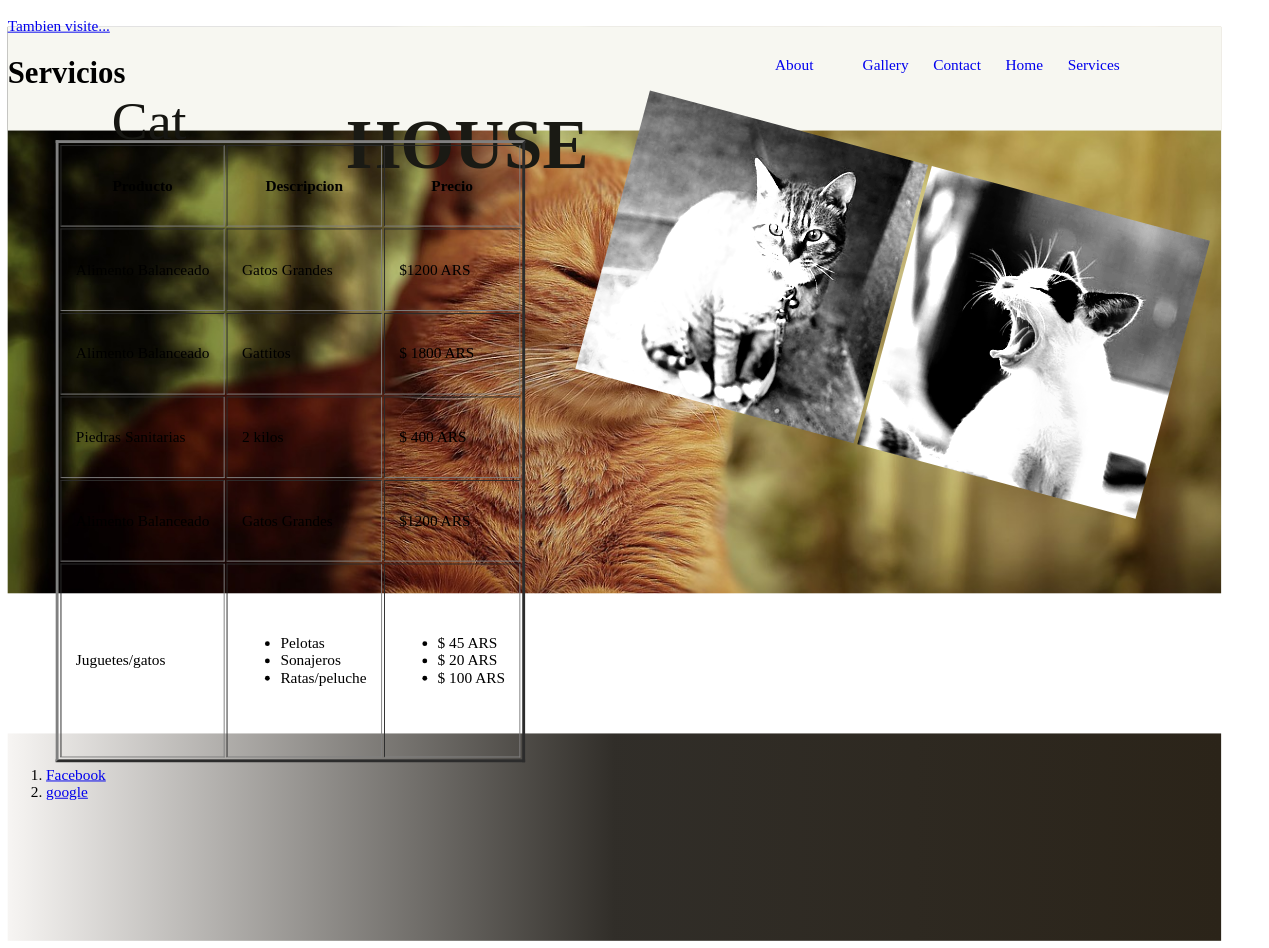
Repository: raul4264/final
Page: Services.html
These files come from the project's save history. The page is drawn as it stood at one moment and after the next save; the edit follows.
The browser window is 1280 px wide. The page is 1322 px wide, so the pictures cover 1322 px, including what lies to the right of the window. The pictures show the whole page, at 96% of full size.

Above is the page before, as saved 2021-04-02 09:04:27.

### Services.html
<!DOCTYPE html>
<html lang="en">

<head>
    <meta charset="UTF-8">
    <meta http-equiv="X-UA-Compatible" content="IE=edge">
    <meta name="viewport" content="width=device-width, initial-scale=1.0">
    <title>Services</title>
    <link href="css/services.css" rel="stylesheet" type="text/css">
</head>

<body>

    <body>

            <header>
                <div class="banner">

                    <nav id="nav">

                        <div class="item1">
                            <p class="h5">Cat</p>
                        </div>

                        <div class="item2">
                            <p class="h4">HOUSE</p>
                        </div>


                        <ul class="item3">
                            <li class=""><a href="about.html">About</li>
                            <li class=""><a href="Gallery.html">Gallery</a></li>
                            <li class=""><a href="Contact.html">Contact</a></li>
                            <li class=""><a href="index.html">Home</a></li>
                            <li class=""><a href="Services.html ">Services</a></li>
                        </ul>
                    </nav>
                </div>

            </header>




            <div class="thumb">
                <a href="https://www.google.com/" target="_blank">
                    <span>Tambien visite...</span>
                </a>
            </div>

            <h1>Servicios</h1>
            <section class="table">

                <table border="3px" cellpadding="15px">
                    <tr>
                        <th>Producto</th>
                        <th>Descripcion</th>
                        <th>Precio</th>
                    </tr>
                    <tr>
                        <td>Alimento Balanceado</td>
                        <td>Gatos Grandes</td>
                        <td> $1200 ARS</td>
                    </tr>
                    <tr>
                        <td>Alimento Balanceado</td>
                        <td>Gattitos</td>
                        <td>$ 1800 ARS</td>
                    </tr>
                    <tr>
                        <td>Piedras Sanitarias</td>
                        <td>2 kilos</td>
                        <td>$ 400 ARS</td>
                    </tr>
                    <tr>
                        <td>Alimento Balanceado</td>
                        <td>Gatos Grandes</td>
                        <td>$1200 ARS</td>
                    </tr>
                    <tr>
                        <td>Juguetes/gatos</td>
                        <td>
                            <ul>
                                <li>Pelotas</li>
                                <li>Sonajeros</li>
                                <li>Ratas/peluche</li>
                            </ul>
                        </td>
                        <td>
                            <ul>
                                <li>$ 45 ARS</li>
                                <li>$ 20 ARS</li>
                                <li>$ 100 ARS</li>
                            </ul>
                        </td>
                    </tr>
                </table>
                <br>
                <figure>
                    <img src="images/3.jpg">
                    <img src="images/2.jpg">

                </figure>
            </section>




            </main>


            <footer>
                <br>

                <ol>
                    <li><a href="http://www.facebook.com" target="blanck">Facebook</a>

                    </li>
                    <li><a href="http://www.google.com" target="blanck">google</a>

                    </li>
                </ol>
                <br>
            </footer>
    </body>

</html>

### css/services.css


#nav {
    display: flex;
    background-color: rgb(247, 247, 241);
    justify-content: space-around;
    height: 15vh;
}

.banner {
    background: url(../images/1.jpg) no-repeat 0px 0px;
    background-size: cover;
    padding: 0em 0 4em;
    height: 73vh;
}

.item1 {
    color: rgb(22, 22, 18);
    font-size: 3.5em;
    font-weight: bol;
    padding: 10px;
    margin-left: 20px;
}

.item2 {
    color: rgb(26, 26, 20);
    font-family: monserrat;
    font-size: 4.5em;
    font-weight: bolder;
    padding: 10px;
    margin-left: -10px;
}

.item3 {
    display: flex;
    list-style: none;
    padding: 2vh;
}

.item3 li a {
    text-decoration: none;
    padding: 1vw;
}

.li {
    padding: 10px;
}

.welcome {
    background-color: darkgoldenrod;
    height: 85vh;
    display: grid;
    grid-template-columns: 60% 40%;
    grid-template-rows: 100%;
    flex-direction: column;
}

.welcome h2 {
    font-size: 3.7em;
    margin: 3vw;
    /* background-color: rgb(197, 197, 214); */
}

.cards {
    margin-left: 2vw;
    grid-column-start: 1;
    grid-column-end: 2;
    grid-row-start: 1;
    grid-row-end: 2;
}

.cards2 {
    margin-top: 21vh;
    padding-left: -29vw;
    grid-column-start: 2;
    grid-column-end: 3;
    grid-row-start: 1;
    grid-row-end: 2;
    max-width: 80%;
}

.cards img {
    margin: 10px;
    /* border: 3px solid #000; */
    box-shadow: 3px 3px 8px 0px rgba(0, 0, 0, 0.3);
    max-width: 23vw;
}

.services {
    height: 81vh;
    background-color: rgb(82, 60, 4);
    display: flex;
    grid-template-columns: ;
    grid-template-rows: ;
}

img {
    width: 300px;
    filter: contrast(1.8) brightness(1.5) grayscale(1)
}

header {
    padding-top: 20px;
    height: 10px;
    margin-bottom: -20px;
}

.table {
    display: flex;
    transform: translate(50px, 30px);
    height: 90vh;
}

.table:hover {
    font-weight: bolder;
    color: chartreuse;
    font-size: 1em;
    font-family: Verdana, Geneva, Tahoma, sans-serif;
    transform: translate(70px, 30px);
}

figure {
    transform: rotate(15deg);
    /*  transform: translateX(129px); */
    padding-bottom: 20px;
}

figure:hover {
    /*  transform: rotate(15deg );*/
    transform: translate(22px 50px);
}

footer {
    height: 30vh;
    background: rgb(34, 34, 33);
    background: linear-gradient(90deg, rgb(247, 245, 243) 0%, rgba(48, 45, 40, 0.995) 50%, rgb(43, 36, 25) 100%);
}

After the next save:
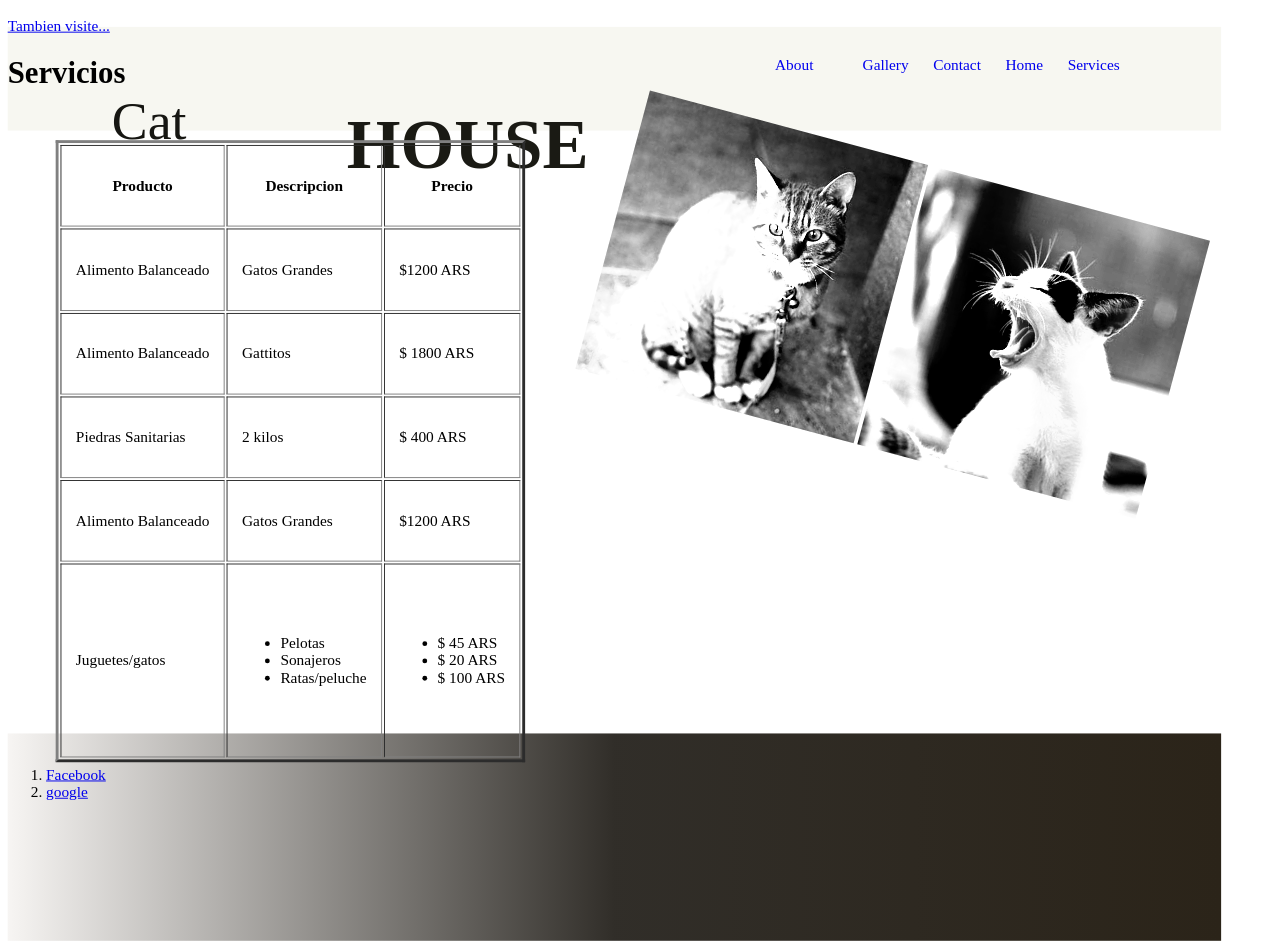
Saved 14 s later.
--- a/css/services.css
+++ b/css/services.css
@@ -7,12 +7,7 @@
     height: 15vh;
 }
 
-.banner {
-    background: url(../images/1.jpg) no-repeat 0px 0px;
-    background-size: cover;
-    padding: 0em 0 4em;
-    height: 73vh;
-}
+
 
 .item1 {
     color: rgb(22, 22, 18);

After the save that followed:
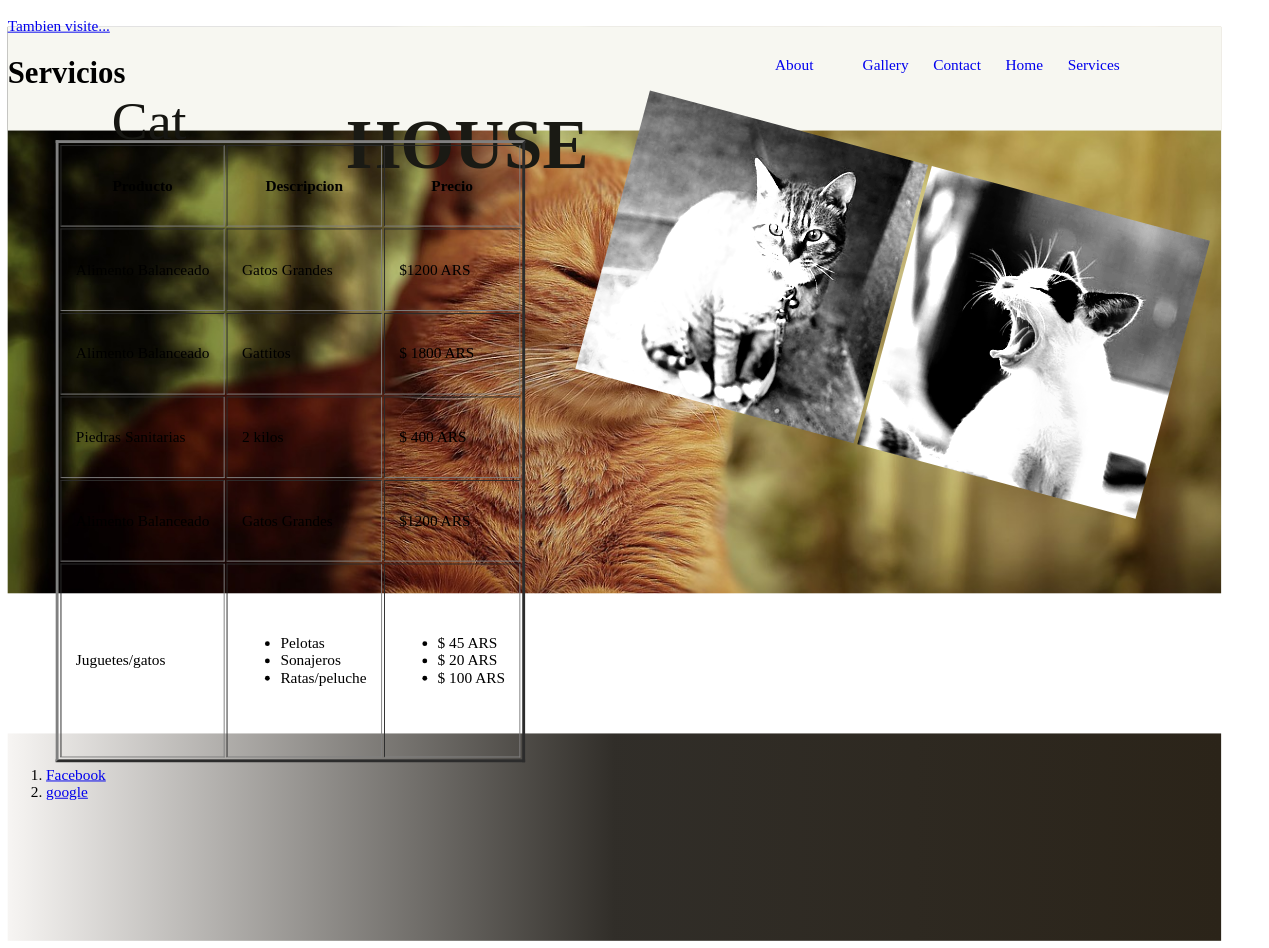
Saved 6 s later.
--- a/css/services.css
+++ b/css/services.css
@@ -7,7 +7,12 @@
     height: 15vh;
 }
 
-
+.banner {
+    background: url(../images/1.jpg) no-repeat 0px 0px;
+    background-size: cover;
+    padding: 0em 0 4em;
+    height: 73vh;
+}
 
 .item1 {
     color: rgb(22, 22, 18);
